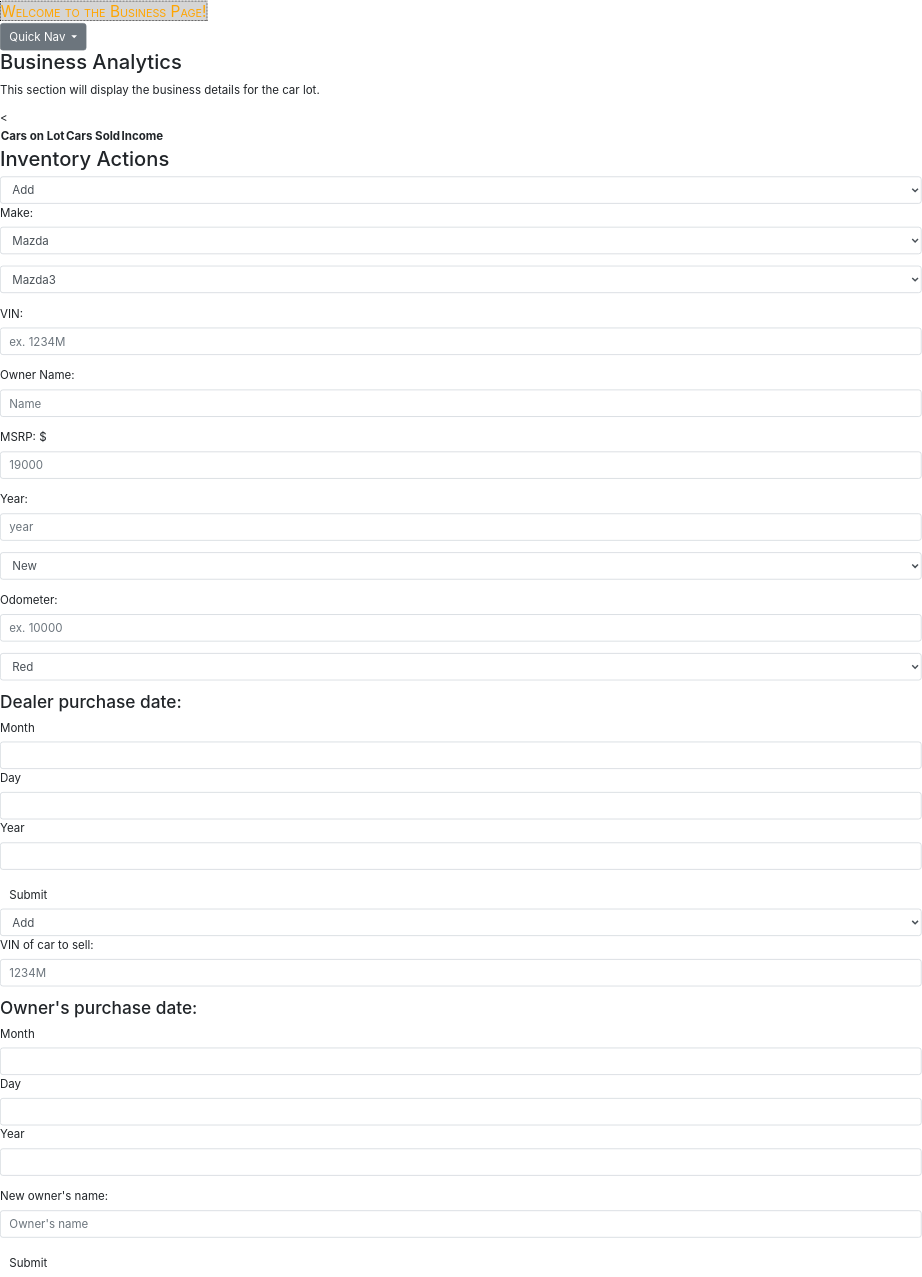
Repository: CodyHogge/CarDealershipProject
Page: http://localhost/CarDealershipProject/businessPage.jsp
An editor plug-in stored every save of this project. The page is shown before and after the next save, followed by the edit.
The browser window is 1280 px wide. The pictures show the whole page, at 72% of full size.
The page is served by Tomcat 9. The template is opened directly, without the code that normally fills it, so the values that code supplies are empty.

Above is the page before, as saved 2020-09-15 21:15:44.

After the next save:
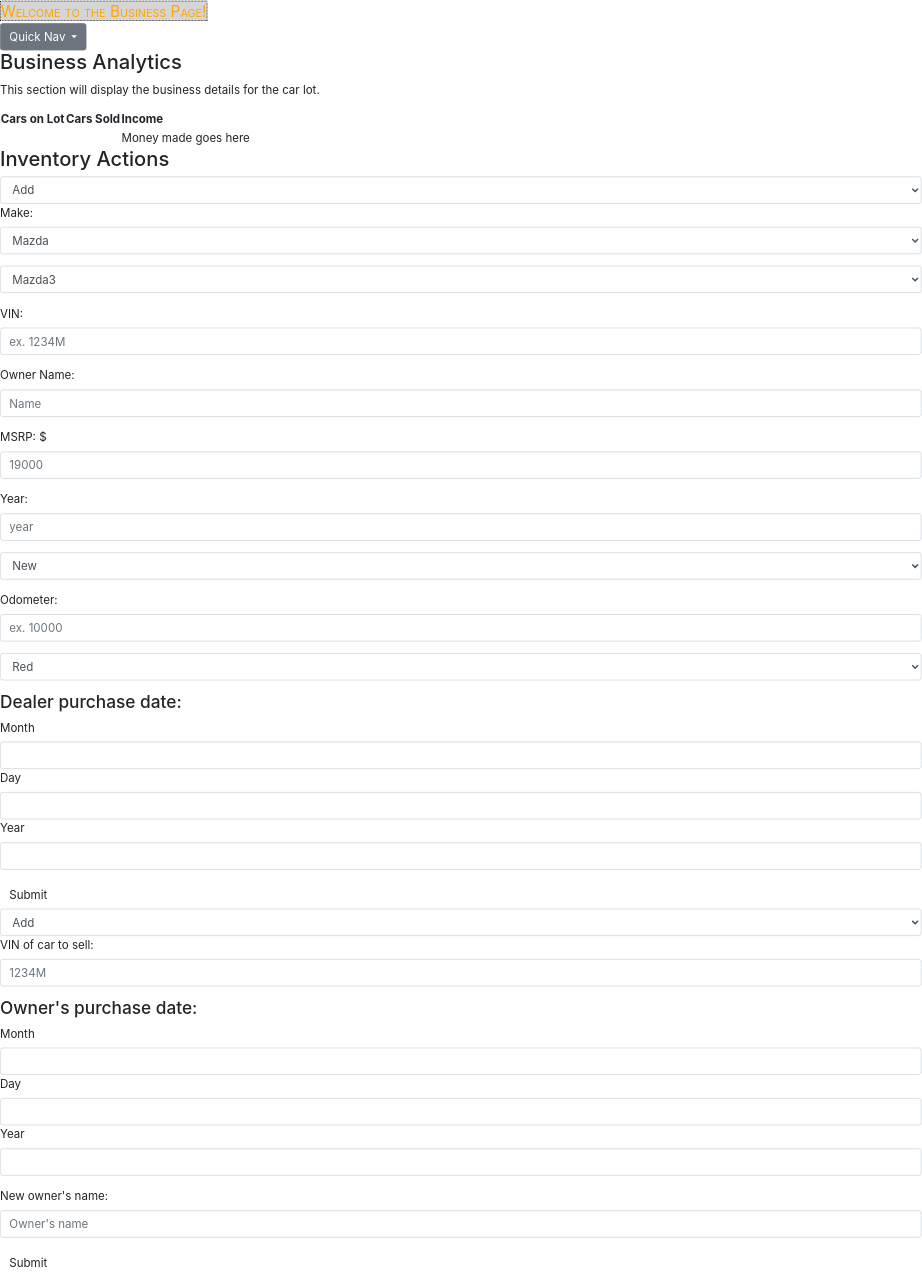
Saved 92 s later.
--- a/CarDealershipProject/WebContent/businessPage.jsp
+++ b/CarDealershipProject/WebContent/businessPage.jsp
@@ -37,7 +37,8 @@
 		<tr>
 			<td>${inventoryList.size()}</td>
 			<td>${soldList.size()}</td>
-			<
+			<td>Money made goes here</td>
+		</tr>
 	</table>
 
 <h3>Inventory Actions</h3>
